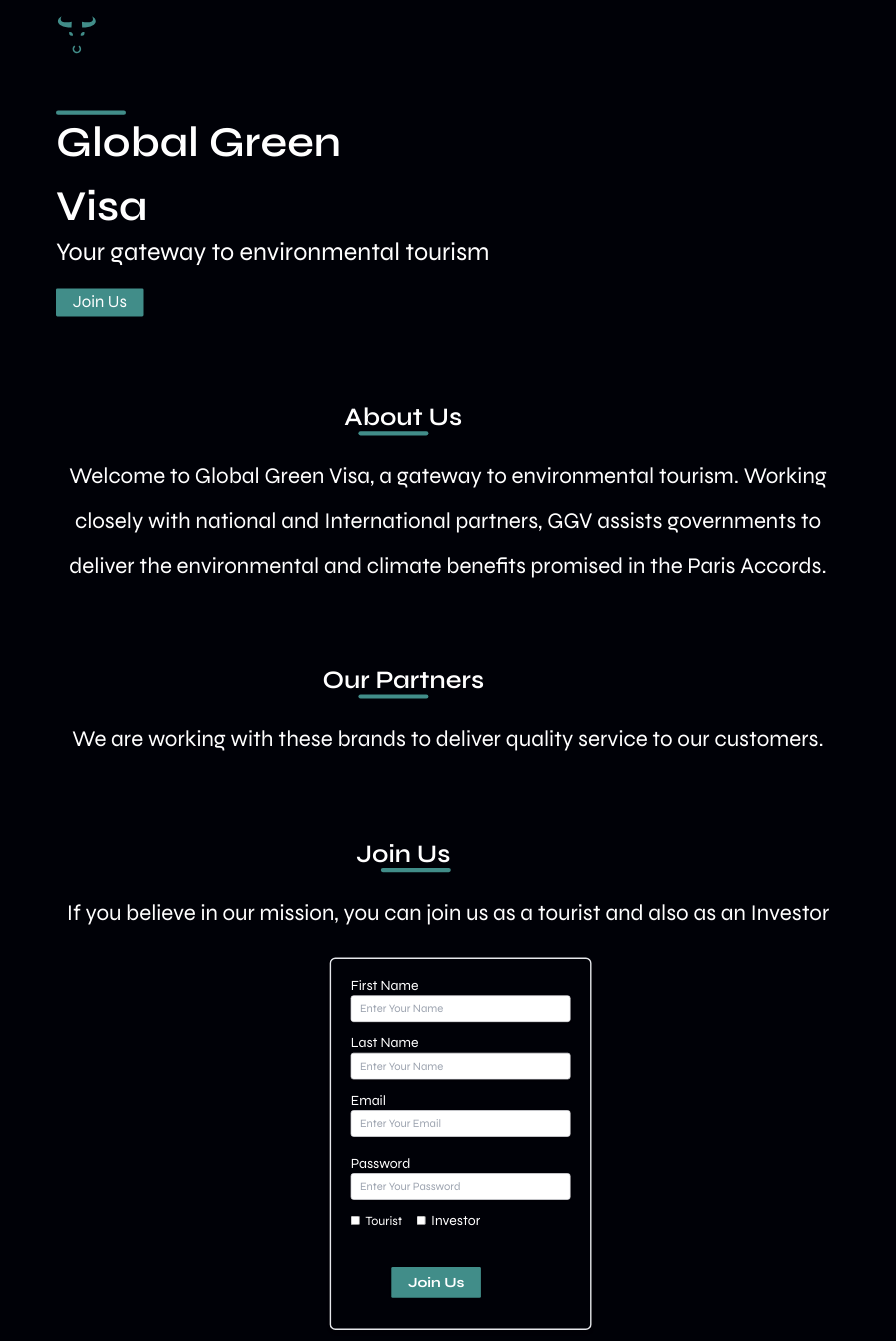
Repository: EngrAhmadUmar/landing-page
Page: /del
The author's editor kept a copy of each file at every save. The page is drawn from the files as they stood at one save, then again after the next save.
The browser window is 1280 px wide. The pictures show the whole page, at 70% of full size.
The project was rebuilt for these pictures with package versions that can differ from the ones it lists, and the page was loaded fresh each time. The framework's server and built-in components were replaced by stand-ins that run in the browser. Also part of the build but not shown: next.config.js.

Above is the page before, as saved 2022-07-12 09:58:55.

### pages/_app.js
import "../styles/globals.css";
import { ApolloClient, InMemoryCache, ApolloProvider } from "@apollo/client";

//apollo clients
const client = new ApolloClient({
  uri: "http://localhost:1337/graphql",
  cache: new InMemoryCache()
});

function MyApp({ Component, pageProps }) {
  return (
    <ApolloProvider client={client}>
      <Component {...pageProps} />
    </ApolloProvider>
  );
}

export default MyApp;

### pages/del.js
import React from "react";
import {
  HeroSection,
  About,
  JoinUs,
  Partners
} from "../src/Components/HomePageComponents/Index";

export default function Home() {
  return (
    <React.Fragment>
      <div className="bg-[#000107] font-syne">
        <HeroSection />
        <About />
        <Partners />
        <JoinUs />
      </div>
    </React.Fragment>
  );
}

### pages/api/checkout_sessions.js
const stripe = require("stripe")(process.env.STRIPE_SECRET_KEY);

export default async function handler(req, res) {
  if (req.method === "POST") {
    try {
      const sgMail = require("@sendgrid/mail");
      sgMail.setApiKey(process.env.SENDGRID_API_KEY);
      const message = {
        to: "zcaptain65@gmail.com",
        from: "zcaptain2002@gmail.com",
        // subject: "Scenario 44",
        // text: "Lift and coast where possible",
        templateId: "d-f408be01db99489cbd757d4607cf23f2",
        dynamicTemplateData: {
          subject: "GGV Test Email",
        },
        // html: "<h1>Success</h1> <p>We received your purchase request;<br/> we'll be in touch shortly!</p>",
      };

      sgMail
        .send(message)
        .then((response) => console.log("Email Sent"))
        .catch((error) => console.log(error.message));
      // Create Checkout Sessions from body params.
      const session = await stripe.checkout.sessions.create({
        line_items: [
          {
            // Provide the exact Price ID (for example, pr_1234) of the product you want to sell
            price: "price_1LG6qaFQPGmzrn5tDKjmnos3",
            quantity: 1,
          },
        ],
        mode: "payment",

        success_url: `${req.headers.origin}/payments/?success=true`,
        cancel_url: `${req.headers.origin}/payments/?canceled=true`,
      });
      res.redirect(303, session.url);
    } catch (err) {
      res.status(err.statusCode || 500).json(err.message);
    }
  } else {
    res.setHeader("Allow", "POST");
    res.status(405).end("Method Not Allowed");
  }
}

### pages/api/email.js
import React from "react";

export default async function handler(req, res) {
  const sgMail = require("@sendgrid/mail");
  sgMail.setApiKey(process.env.SENDGRID_API_KEY);
  const message = {
    to: "zcaptain65@gmail.com",
    from: "zcaptain2002@gmail.com",
    // subject: "Scenario 44",
    // text: "Lift and coast where possible",
    templateId: "d-f408be01db99489cbd757d4607cf23f2",
    dynamicTemplateData: {
      subject: "GGV Test Email",
    },
  };
  sgMail
    .send(message)
    .then((response) => res.redirect(307, "/payments"))
    .catch((error) => console.log(error.message));
}

### styles/globals.css
@import url("https://fonts.googleapis.com/css2?family=Poppins:wght@400;500;600&family=Syne:wght@400;500;600;700&display=swap");

@tailwind base;
@tailwind components;
@tailwind utilities;

### src/Components/HomePageComponents/Index.jsx
export { default as HeroSection } from "./HeroSection";
export { default as About } from "./About";
export { default as JoinUs } from "./JoinUs";
export { default as Partners } from "./Partners";

### src/Components/HomePageComponents/HeroSection.jsx
import Image from "next/image";
import Link from "next/link";
import styles from "../../../styles/Home.module.css";
import Head from "next/head";

const HeroSection = () => {
  return (
    <div className="text-white">
      <Head>
        <title>Welcome to GGV</title>
        <meta name="description" content="Welcome to GGV" />
      </Head>
      <div className="ml-[5rem] w-[60px] h-50 py-5">
        <Image src="/logo.svg" layout="responsive" width={5} height={5} />
      </div>
      <div className="ml-[5rem] mt-[8vh]">
        <h3
          className={`${
            styles.header
          } ${"min-w-[300px] max-w-[500px] font-semibold"}`}
        >
          Global Green Visa
        </h3>
        <p className="text-xl md:text-3xl lg:text-4xl">
          Your gateway to environmental tourism
        </p>
        <button className="bg-[#418d89] rounded-sm mt-8 mb-3 py-1">
          <Link href="#joinUs">
            <a className="p-6 text-xl md:text-2xl">Join Us</a>
          </Link>
        </button>
      </div>
    </div>
  );
};

export default HeroSection;

### src/Components/HomePageComponents/About.jsx
import styles from "../../../styles/Home.module.css";
import Head from "next/head";

const About = () => {
  return (
    <div className="font-syne text-white">
      <Head>
        <title>Welcome to GGV</title>
        <meta name="description" content="A little bit about Us" />
      </Head>
      <div className="mt-[7rem]">
        <div className="max-w-[90vw]">
          <h3 className="text-center text-4xl font-semibold">About Us</h3>
          <div className={`${styles.header} ${"text-center w-[80vw]"}`}></div>
        </div>

        <p className="text-center mt-8 px-4 leading-loose text-[1.3rem] md:text-[1.5rem] lg:text-[2rem] lg:px-[4rem]">
          Welcome to Global Green Visa, a gateway to environmental tourism.
          Working closely with national and International partners, GGV assists
          governments to deliver the environmental and climate benefits promised
          in the Paris Accords.{" "}
        </p>
      </div>
    </div>
  );
};

export default About;

### src/Components/HomePageComponents/JoinUs.jsx
import styles from "../../../styles/Home.module.css";
import { useState, useRef } from "react";
import Head from "next/head";

const JoinUs = () => {
  const firstNameInputRef = useRef();
  const lastNameInputRef = useRef();
  const emailInputRef = useRef();
  const passwordInputRef = useRef();

  const [enteredFirstName, setEnteredFirstName] = useState("");
  const [enteredLastName, setEnteredLastName] = useState("");
  const [enteredEmail, setEnteredEmail] = useState("");
  const [enteredPassword, setEnteredPassword] = useState("");

  const firstNameChangeHandler = (event) => {
    setEnteredFirstName(event.target.value);
  };
  const lastNameChangeHandler = (event) => {
    setEnteredLastName(event.target.value);
  };

  const passwordChangeHandler = (event) => {
    setEnteredPassword(event.target.value);
  };

  const emailChangeHandler = (event) => {
    setEnteredEmail(event.target.value);
  };

  const submitHandler = (event) => {
    event.preventDefault();

    // collecting the user Info for the backend

    setEnteredFirstName("");
    setEnteredLastName("");
    setEnteredPassword("");
  };
  return (
    <div className="font-syne text-white" id="joinUs">
      <Head>
        <title>Welcome to GGV</title>
        <meta name="description" content="Join Our Family" />
      </Head>
      <div className="mt-[7rem]">
        <div className="max-w-[90vw]">
          <h3 className="text-center text-4xl font-semibold">Join Us</h3>
          <div className={`${styles.header} ${"text-center w-[85vw]"}`}></div>
        </div>

        <p className="text-center mt-8 px-4 leading-loose text-[1.3rem] md:text-[1.5rem] lg:text-[2rem] lg:px-[4rem]">
          If you believe in our mission, you can join us as a tourist and also
          as an Investor{" "}
        </p>
      </div>

      <div className="max-w-md md:max-w-3xl lg:max-w-full ml-[5vh] mt-8 flex items-center justify-center">
        <form
          onSubmit={submitHandler}
          className="shadow-md rounded-lg px-7 pt-6 pb-8 mb-4 border-gray border-2 "
        >
          <div className="mb-4">
            <label className="text-lg md:text-xl">First Name</label>
            <input
              type="text"
              ref={firstNameInputRef}
              value={enteredFirstName}
              onChange={firstNameChangeHandler}
              placeholder="Enter Your Name"
              className="shadow appearance-none border rounded w-full py-2 px-3 text-gray-700 leading-tight focus:outline-none focus:shadow-outline"
            />
          </div>
          <div className="mb-4">
            <label className="text-lg md:text-xl">Last Name</label>
            <input
              type="text"
              ref={lastNameInputRef}
              value={enteredLastName}
              onChange={lastNameChangeHandler}
              placeholder="Enter Your Name"
              className="shadow appearance-none border rounded w-full py-2 px-3 text-gray-700 leading-tight focus:outline-none focus:shadow-outline"
            />
          </div>
          <div className="mb-6">
            <label className="text-lg md:text-xl">Email</label>
            <input
              type="email"
              ref={emailInputRef}
              className="shadow appearance-none border rounded w-full py-2 px-3 text-gray-700 leading-tight focus:outline-none focus:shadow-outline"
              onChange={emailChangeHandler}
              placeholder="Enter Your Email"
              value={enteredEmail}
            />
          </div>

          <div>
            <label className="text-lg md:text-xl">Password</label>
            <input
              type="text"
              ref={passwordInputRef}
              className="shadow appearance-none border rounded w-full py-2 px-3 text-gray-700 leading-tight focus:outline-none focus:shadow-outline"
              placeholder="Enter Your Password"
              value={enteredPassword}
              onChange={passwordChangeHandler}
            />
          </div>
          <div className="flex items-center mt-4">
            <div>
              <input type="checkbox" className="mr-2 leading-tight" />
              <span className="text-sm text-center md:text-lg">Tourist</span>
            </div>
            <div className="ml-5">
              <input type="checkbox" className="mr-2 leading-tight" />
              <span className="text-sm text-center md:text-xl">Investor</span>
            </div>
          </div>

          <div className="mt-5 ml-[8vh]">
            <button
              className="shadow bg-green focus:shadow-outline focus:outline-none text-white font-bold py-2 px-6 md:text-xl bg-[#418d89] rounded-sm mt-8 mb-3 py-1"
              onClick={submitHandler}
            >
              Join Us
            </button>
          </div>
        </form>
      </div>
    </div>
  );
};

export default JoinUs;

### src/Components/HomePageComponents/Partners.jsx
import styles from "../../../styles/Home.module.css";

const Partners = () => {
  return (
    <div className="font-syne text-white">
      <div className="mt-[7rem]">
        <div className="max-w-[90vw]">
          <h3 className="text-center text-4xl font-semibold">Our Partners</h3>
          <div className={`${styles.header} ${"text-center w-[80vw]"}`}></div>
        </div>

        <p className="text-center mt-8 px-4 leading-loose text-[1.3rem] md:text-[1.5rem] lg:text-[2rem] lg:px-[4rem]">
          We are working with these brands to deliver quality service to our
          customers.{" "}
        </p>
      </div>
    </div>
  );
};

export default Partners;

### styles/Home.module.css
.header {
  position: relative;
  font-size: clamp(3.8rem, -0.875rem + 8.333vw, 3.5rem);
}

/* .headerContainer {
  max-width: 300px;
} */

.header::before {
  content: "";
  position: absolute;
  background: #418d89;
  width: 100px;
  height: 6px;
  border-radius: 40px;
  font-family: "Syne";
}

.bgImage {
  animation: fadeIn ease-out 2s both;
  /* animation-delay: 1.5s; */
}

.heroText {
  animation: slideUp 0.75s 0.5s cubic-bezier(0.17, 0.88, 0.32, 1.27) both,
    fadeIn -25s 0.5s ease-out both;
}

@keyframes slideUp {
  from {
    transform: translateY(500%);
  }
  to {
    transform: translateY(-10%);
  }
}

@keyframes fadeIn {
  from {
    opacity: 0;
  }
  to {
    opacity: 1;
  }
}

### tailwind.config.js
/** @type {import('tailwindcss').Config} */
module.exports = {
  content: [
    "./pages/**/*.{js,ts,jsx,tsx}",
    "./components/**/*.{js,ts,jsx,tsx}",
    "./src/Components/**/*.{js,ts,jsx,tsx}"
  ],
  theme: {
    extend: {
      colors: {
        black: "#000107",
        green: "#418D89"
      },
      fontFamily: {
        syne: ["Syne"]
      }
    }
  },
  plugins: []
};

After the next save:
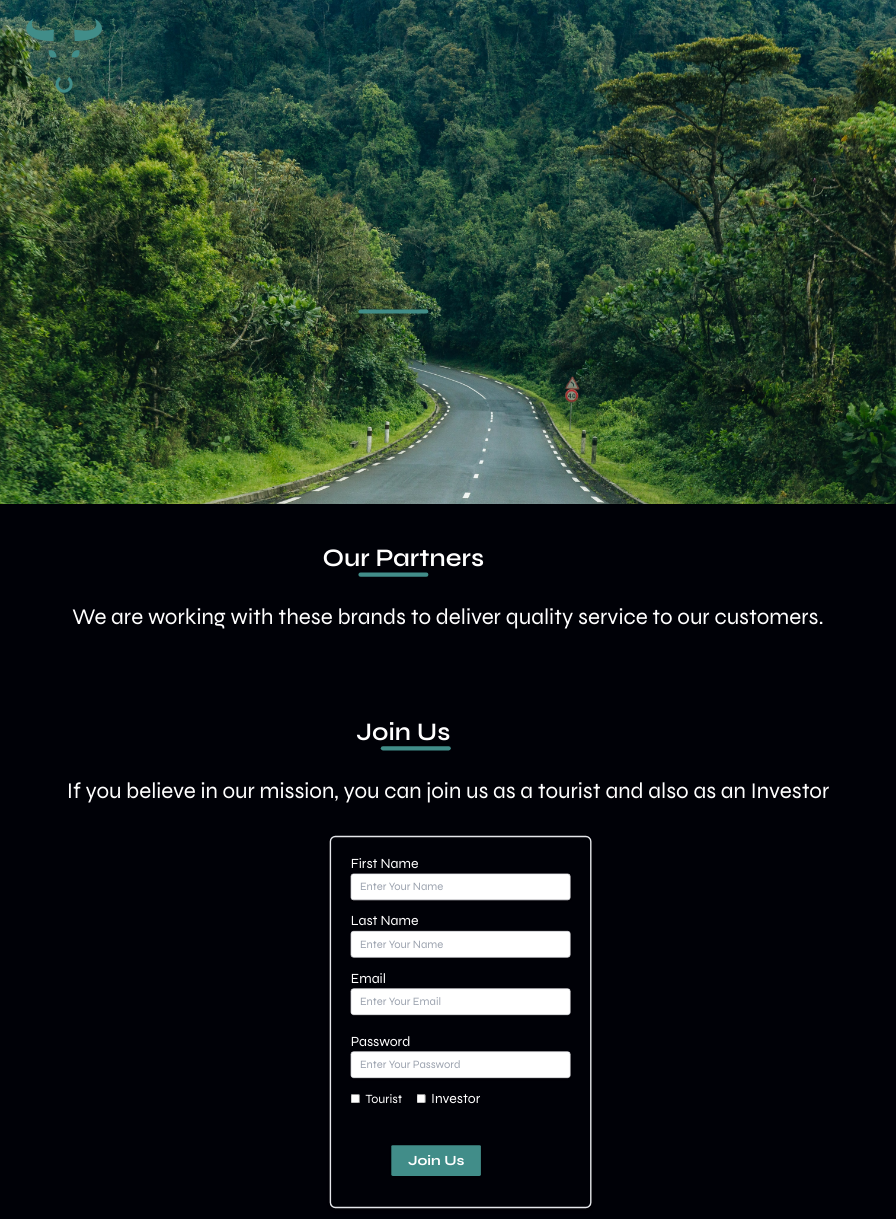
Saved 78 s later.
--- a/src/Components/HomePageComponents/HeroSection.jsx
+++ b/src/Components/HomePageComponents/HeroSection.jsx
@@ -10,25 +10,41 @@ const HeroSection = () => {
         <title>Welcome to GGV</title>
         <meta name="description" content="Welcome to GGV" />
       </Head>
-      <div className="ml-[5rem] w-[60px] h-50 py-5">
-        <Image src="/logo.svg" layout="responsive" width={5} height={5} />
-      </div>
-      <div className="ml-[5rem] mt-[8vh]">
-        <h3
-          className={`${
-            styles.header
-          } ${"min-w-[300px] max-w-[500px] font-semibold"}`}
-        >
-          Global Green Visa
-        </h3>
-        <p className="text-xl md:text-3xl lg:text-4xl">
-          Your gateway to environmental tourism
-        </p>
-        <button className="bg-[#418d89] rounded-sm mt-8 mb-3 py-1">
-          <Link href="#joinUs">
-            <a className="p-6 text-xl md:text-2xl">Join Us</a>
-          </Link>
-        </button>
+      <div className={styles.heros}>
+        <Image
+          alt="heros"
+          src="/heros.jpg"
+          layout="fill"
+          objectFit="cover"
+          quality={100}
+        />
+        <div className="lg:w-[120px] lg: ml-[2rem]  w-[60px] h-50 py-5 ">
+          <Image
+            src="/logo.svg"
+            layout="responsive"
+            width={5}
+            height={5}
+            opacity={100}
+          />
+        </div>
+        <div className={styles.headerline}></div>
+        <div className="ml-[5rem] mt-[8vh]">
+          <h3
+            className={`${
+              styles.headerprops
+            } ${"min-w-[300px] max-w-[500px] font-semibold"}`}
+          >
+            Global Green Visa
+          </h3>
+          <p className={styles.innerhero}>
+            Your gateway to environmental tourism
+          </p>
+          <button className={styles.innerhero__one}>
+            <Link href="#joinUs">
+              <a className={styles.innerhero__one__one}>Join Us</a>
+            </Link>
+          </button>
+        </div>
       </div>
     </div>
   );
